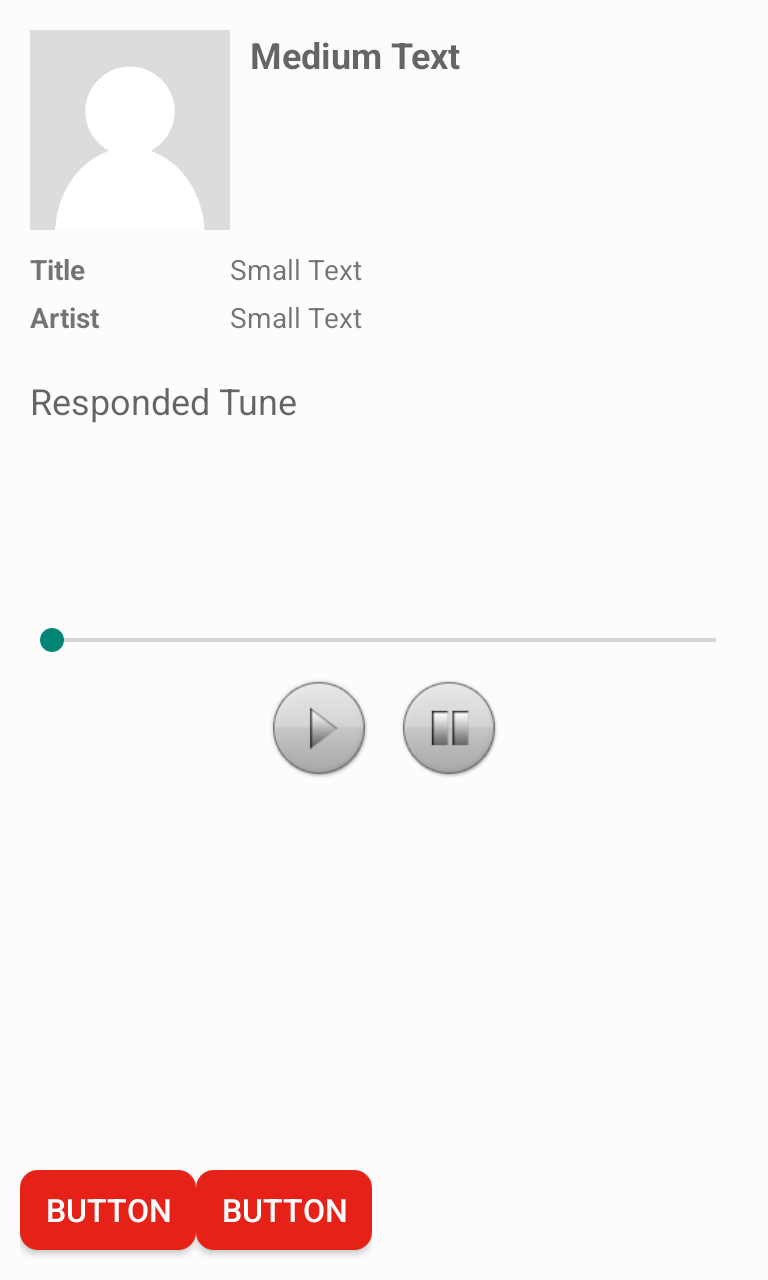
Repository: savindra/cutting-edge
Layout: Humzearch/res/layout/view_response_item.xml
These files come from the project's save history. The layout is drawn as it stood at one moment and after the next save; the edit follows.
It is drawn on a 768 x 1280 px phone screen (xhdpi) without system bars, with theme AppTheme; the app's code is not run.

Above is the layout before, as saved 2015-06-15 17:50:06.

After the next save:
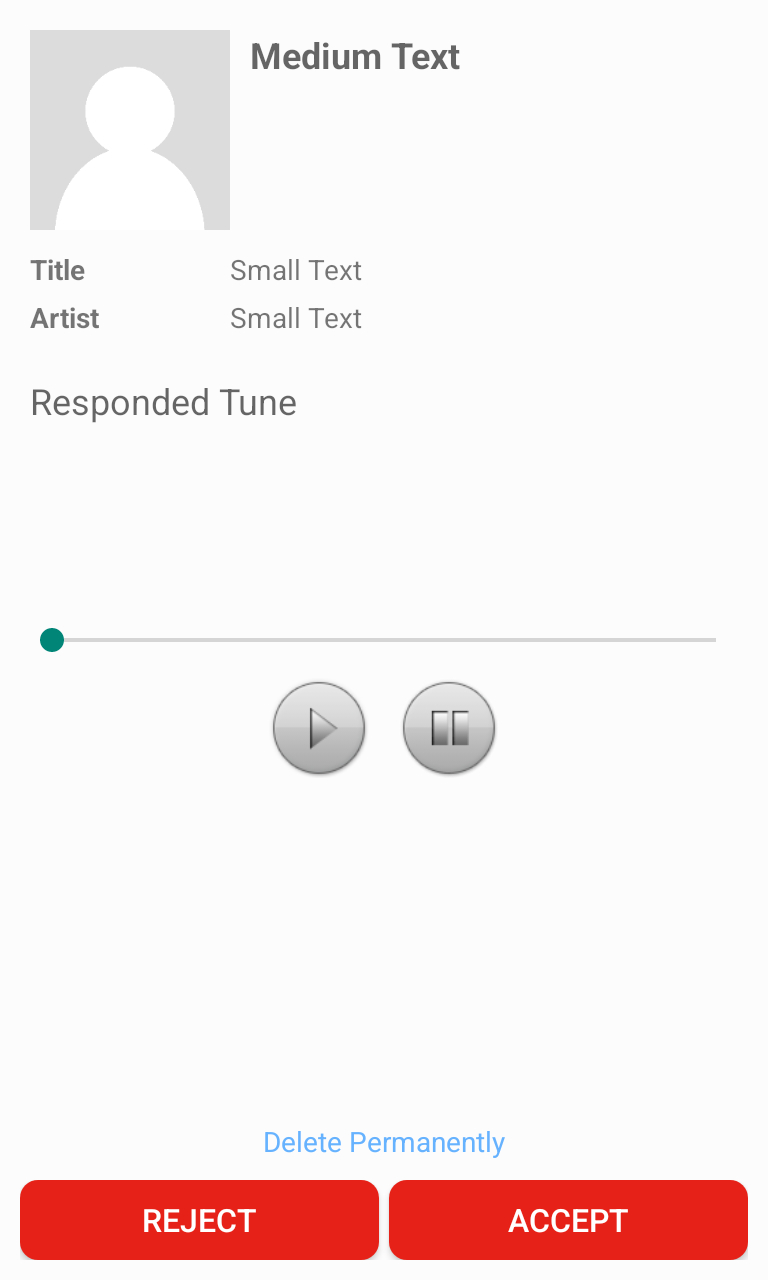
Saved 92 s later.
--- a/Humzearch/res/layout/view_response_item.xml
+++ b/Humzearch/res/layout/view_response_item.xml
@@ -111,11 +111,11 @@
             android:layout_width="50dp"
             android:layout_height="50dp"
             android:background="@drawable/pause_button" />
-
     </LinearLayout>
 
     <LinearLayout
-        android:layout_width="wrap_content"
+        android:id="@+id/linearLayout3"
+        android:layout_width="match_parent"
         android:layout_height="wrap_content"
         android:layout_alignParentBottom="true"
         android:layout_alignParentLeft="true"
@@ -126,10 +126,10 @@
             android:id="@+id/button3"
             android:layout_width="0dp"
             android:layout_height="40dp"
-            android:layout_marginBottom="5dp"
+            android:layout_marginRight="5dp"
             android:layout_weight="1"
             android:background="@drawable/buttonshape"
-            android:text="Button"
+            android:text="@string/reject"
             android:textColor="#FFFFFF"
             android:textSize="16sp" />
 
@@ -139,10 +139,19 @@
             android:layout_height="40dp"
             android:layout_weight="1"
             android:background="@drawable/buttonshape"
-            android:text="Button"
+            android:text="@string/accept"
             android:textColor="#FFFFFF"
             android:textSize="16sp" />
-
     </LinearLayout>
 
+    <TextView
+        android:id="@+id/textView5"
+        android:layout_width="wrap_content"
+        android:layout_height="wrap_content"
+        android:layout_above="@+id/linearLayout3"
+        android:layout_centerHorizontal="true"
+        android:text="@string/deletepermanently"
+        android:textAppearance="?android:attr/textAppearanceSmall"
+        android:textColor="#66B2FF" />
+
 </RelativeLayout>
